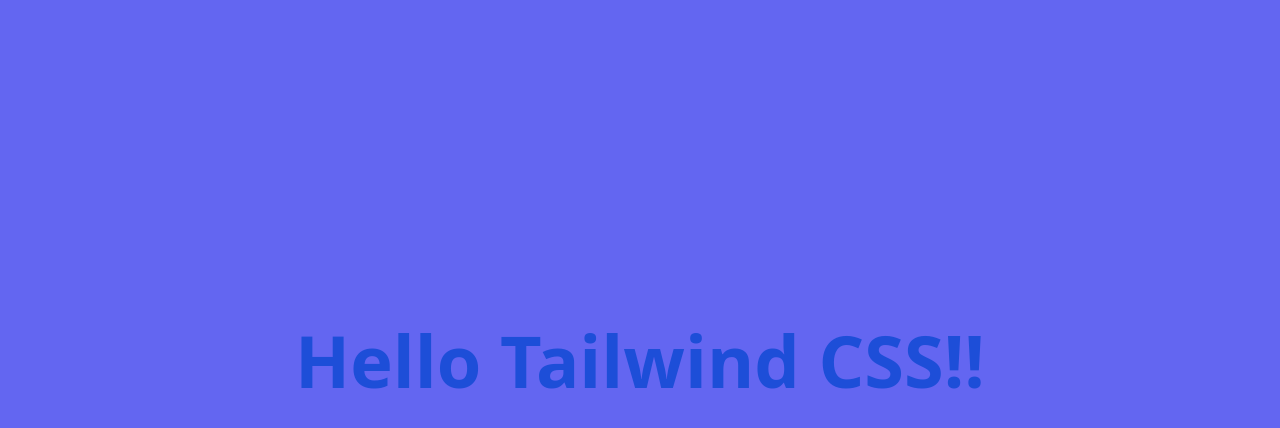
Repository: rayray1/react-tailwind-starter-template
Page: /
These files come from the project's save history. The page is drawn as it stood at one moment and after the next save; the edit follows.
The browser window is 1280 px wide. The pictures show the whole page.
The project was rebuilt for these pictures with package versions that can differ from the ones it lists, and the page was loaded fresh each time.

Above is the page before, as saved 2023-06-23 06:52:36.

### src/App.js
function App() {
  return (
    <div className="App">
      <div className="w-full h-screen bg-indigo-500 flex justify-center items-center">
        <h1 className="font-bold text-7xl text-blue-700">Hello Tailwind CSS!!</h1>
      </div>
    </div>
  );
}

export default App;

Loaded but not shown: public/index.html (common file); src/index.js (common file); src/index.css (common file); src/reportWebVitals.js (common file); tailwind.config.js (common file)

After the next save:
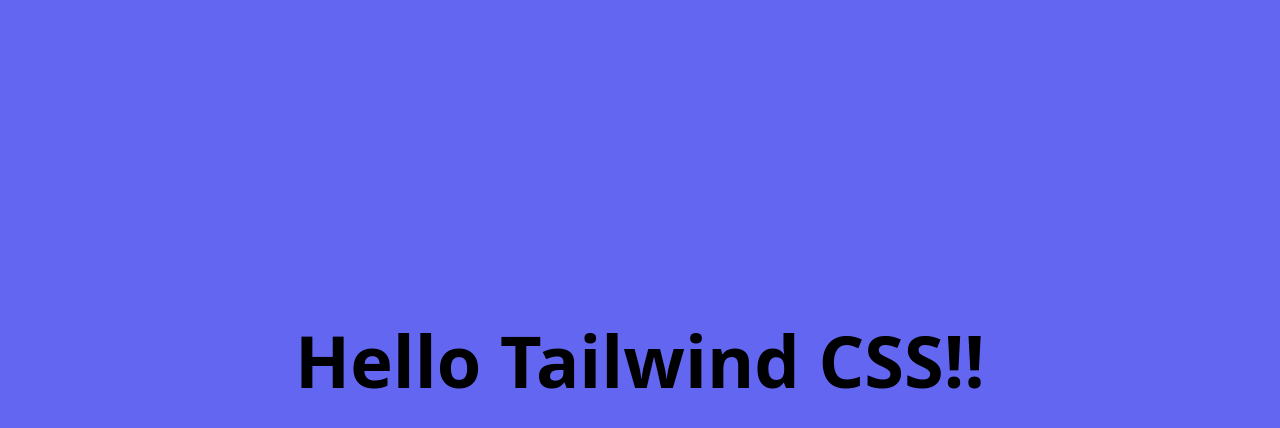
Saved 5 s later.
--- a/src/App.js
+++ b/src/App.js
@@ -2,7 +2,7 @@
   return (
     <div className="App">
       <div className="w-full h-screen bg-indigo-500 flex justify-center items-center">
-        <h1 className="font-bold text-7xl text-blue-700">Hello Tailwind CSS!!</h1>
+        <h1 className="font-bold text-7xl text-white-700">Hello Tailwind CSS!!</h1>
       </div>
     </div>
   );
